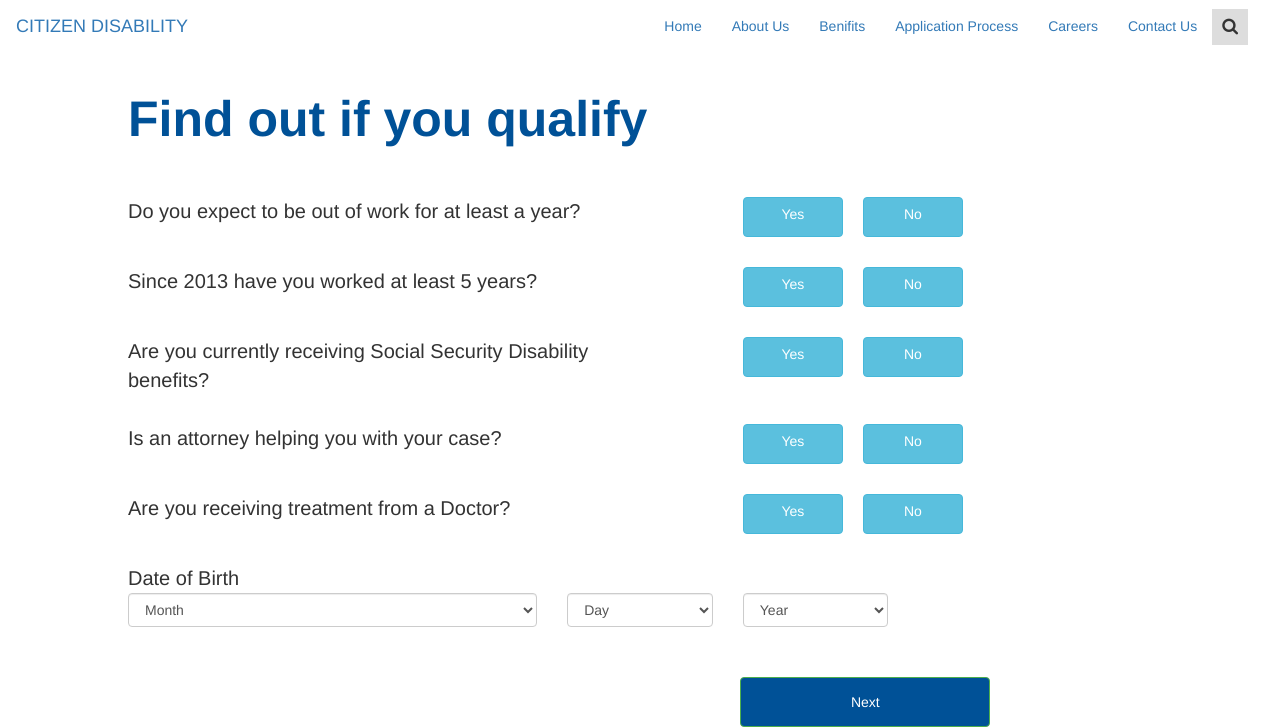
Repository: welcome0605/Embed-html-integrate-with-API
Page: Home.html
An editor plug-in stored every save of this project. The page is shown before and after the next save, followed by the edit.
The browser window is 1280 px wide. The pictures show the whole page.

Above is the page before, as saved 2019-04-29 15:29:23.

### Home.html
<!DOCTYPE html>
<html lang="en">
<head>
  <title>CITIZEN DISABILITY</title>
  <meta charset="utf-8">
  <meta name="viewport" content="width=device-width, initial-scale=1">
  <link rel="stylesheet" href="https://maxcdn.bootstrapcdn.com/bootstrap/3.4.0/css/bootstrap.min.css">
  <script src="https://ajax.googleapis.com/ajax/libs/jquery/3.3.1/jquery.min.js"></script>
  <script src="https://maxcdn.bootstrapcdn.com/bootstrap/3.4.0/js/bootstrap.min.js"></script>
  <link rel = "stylesheet" type = "text/css" href = "./css/base.css" />
  <link rel="stylesheet" href="https://cdnjs.cloudflare.com/ajax/libs/font-awesome/4.7.0/css/font-awesome.min.css">
  <script src="https://ajax.googleapis.com/ajax/libs/jquery/3.3.1/jquery.min.js"></script>
  <script>
    function submit_to() {
      count = 0;
      // console.log($('input[name=valid1]:checked').length);
      if ($('input[name=valid1]:checked').length == 1) {
        $('.alert_req1').css("display","none");
        count++;
      }
      else {
        $('.alert_req1').css("display","block");
      }
      if ($('input[name=valid2]:checked').length == 1) {
        count++;
        $('.alert_req2').css("display","none");
      }
      else {
        $('.alert_req2').css("display","block");
      }
      if ($('input[name=valid3]:checked').length == 1) {
        count++;
        $('.alert_req3').css("display","none");
      }
      else {
        $('.alert_req3').css("display","block");
      }
      if ($('input[name=valid4]:checked').length == 1) {
        count++;
        $('.alert_req4').css("display","none");
      }
      else {
        $('.alert_req4').css("display","block");
      }
      if ($('input[name=valid5]:checked').length == 1) {
        count++;
        $('.alert_req5').css("display","none");
      }
      else {
        $('.alert_req5').css("display","block");
      }
      // console.log($('#month').val());
      if($('#month').val() == "month" || $('#day').val() == "day" || $('#year').val() == "year") $('.alert_req6').css("display","block");
      else  {
        $('.alert_req6').css("display","none");
        count++;
      }

      if(count == 6)
      {
        alert("ok");
        location.replace("Home1.html");
      }
    }

    $(document).ready(function() {
      for(i = 1;i <= 31;i ++) {
        str = "";
        str += "<option value=";
        str += i;
        str += ">";
        str += i;
        str += "</option>";
        // console.log(str);
        $('#day').append(str);
      }

      for(i = 1919;i <= 2025; i ++) {
        str = "";
        str += "<option value=";
        str += i;
        str += ">";
        str += i;
        str += "</option>";
        $('#year').append(str);
      }

      $(".btn_sub").click(function(){

        // if(document.getElementById("a1").checked) {
        //   console.log("a1");
        // }
        // else if(document.getElementById("a2").checked) {
        //   console.log("a2");
        // }
      });
    });


  </script>
</head>
<body>

<nav class="navbar navbar-info">
  <div class="container-fluid">
    <div class="navbar-header">
      <a class="navbar-brand" href="Home.html">CITIZEN DISABILITY</a>
    </div>
    <ul class="nav navbar-nav div_right">
      <li class="active"><a href="Home.html">Home</a></li>
      <li><a href="About Us.html">About Us</a></li>
      <li><a href="Benifits.html">Benifits</a></li>
      <li><a href="Application Process.html">Application Process</a></li>
      <li><a href="Careers.html">Careers</a></li>
      <li><a href="Contact Us.html">Contact Us</a></li>
      <!-- <input type="text" placeholder="Search.." name="search"> -->
      <button type="button"><i class="fa fa-search"></i></button>
    </ul>
  </div>
</nav>

<div class="container">
  <!-- <h3>Basic Navbar Example1</h3>
  <p>A navigation bar is a navigation header that is placed at the top of the page.</p> -->
  <form method="POST">
    <!-- <div class="div_entire"> -->
      <div class="row"><h2 class="title">Find out if you qualify</h2></div>
      <div class="row radio_buttons" >
        <div class="row">
          <div class="col-md-6 div_label">Do you expect to be out of work for at least a year?</div>
          <div class="col-md-1"></div>
          <div class="col-md-5 btn-group-toggle" data-toggle="buttons">
            <label class="btn btn-info radio_q"><input type="radio"  value="Yes" name="valid1" class="form_input valid1" id="a1">Yes</label>
            <label class="btn btn-info radio_q"><input type="radio"  value="No" name="valid1"  class="form_input valid1" id="a2">No</label>
          </div>
        </div>
        <div class="row alert_req1">
          <div class="col-md-7"></div>
          <div class="alert alert-warning col-md-5 alert1 ">
            This field is required.
          </div>
        </div>
      </div>

      <div class="row radio_buttons" >
        <div class="row">
          <div class="col-md-6 div_label">Since 2013 have you worked at least 5 years?</div>
          <div class="col-md-1"></div>
          <div class="col-md-5 btn-group-toggle" data-toggle="buttons">
            <label class="btn btn-info radio_q"><input type="radio"  value="Yes" name="valid2"  class="form_input valid" >Yes</label>
            <label class="btn btn-info radio_q"><input type="radio"  value="No" name="valid2"  class="form_input valid" >No</label>
          </div>
        </div>
        <div class="row alert_req2">
          <div class="col-md-7"></div>
          <div class="alert alert-warning col-md-5 alert2">
            This field is required.
          </div>
        </div>
      </div>

      <div class="row radio_buttons" >
        <div class="row">
          <div class="col-md-6 div_label">Are you currently receiving Social Security Disability benefits?</div>
          <div class="col-md-1"></div>
          <div class="col-md-5 btn-group-toggle" data-toggle="buttons">
            <label class="btn btn-info radio_q"><input type="radio"  value="Yes" name="valid3"  class="form_input valid" >Yes</label>
            <label class="btn btn-info radio_q"><input type="radio"  value="No" name="valid3"  class="form_input valid" >No</label>
          </div>
        </div>
        <div class="row alert_req3">
          <div class="col-md-7"></div>
          <div class="alert alert-warning col-md-5 alert3">
            This field is required.
          </div>
        </div>
      </div>
      <div class="row radio_buttons" >
        <div class="row">
          <div class="col-md-6 div_label">Is an attorney helping you with your case?</div>
          <div class="col-md-1"></div>
          <div class="col-md-5 btn-group-toggle" data-toggle="buttons">
            <label class="btn btn-info radio_q"><input type="radio"  value="Yes" name="valid4"  class="form_input valid" >Yes</label>
            <label class="btn btn-info radio_q"><input type="radio"  value="No" name="valid4"  class="form_input valid" >No</label>
          </div>
        </div>
        <div class="row alert_req4">
          <div class="col-md-7"></div>
          <div class="alert alert-warning col-md-5 alert4">
            This field is required.
          </div>
        </div>
      </div>
      <div class="row radio_buttons" >
        <div class="row">
          <div class="col-md-6 div_label">Are you receiving treatment from a Doctor?</div>
          <div class="col-md-1"></div>
          <div class="col-md-5 btn-group-toggle" data-toggle="buttons">
            <label class="btn btn-info radio_q"><input type="radio"  value="Yes" name="valid5"  class="form_input valid" >Yes</label>
            <label class="btn btn-info radio_q"><input type="radio"  value="No" name="valid5"  class="form_input valid" >No</label>
          </div>
        </div>
        <div class="row alert_req5">
          <div class="col-md-7"></div>
          <div class="alert alert-warning col-md-5 alert5">
            This field is required.
          </div>
        </div>
      </div>
      <div class="row">
        <div class="row">
          <div class="col-md-6 div_label">Date of Birth</div>
          <div class="col-md-6"></div>
        </div>
        <div class="row">
          <div class="col-md-5">
            <select class="form-control" id="month">
              <option value="month">Month</option>
              <option value="Jan">Jan</option>
              <option value="Feb">Feb</option>
              <option value="Mar">Mar</option>
              <option value="Apr">Apr</option>
              <option value="May">May</option>
              <option value="Jun">Jun</option>
              <option value="Jly">Jly</option>
              <option value="Aug">Aug</option>
              <option value="Sep">Sep</option>
              <option value="Oct">Oct</option>
              <option value="Nov">Nov</option>
              <option value="Dec">Dec</option>
            </select>
          </div>
          <div class="col-md-2">
            <select class="form-control" id="day">
              <option value="day">Day</option>
            </select>
          </div>
          <div class="col-md-2">
            <select class="form-control" id="year">
              <option value="year">Year</option>
            </select>
          </div>
        </div>
        <div class="row alert_req6">
          <div class="col-md-7"></div>
          <div class="alert alert-warning col-md-5 alert5">
            This field is required.
          </div>
        </div>
      </div>
      <div class="row">
        <div class="col-md-7"></div>
        <!-- <div class="col-md-4 btn_submit"><input type="submit" class="btn_sub btn btn-success" value="Next"></div> -->
        <div class="col-md-4 btn_submit"><input type="button" class="btn_sub btn btn-success" value="Next" onclick="submit_to()"></div>
      </div>
      <!-- <input type="submit" value="Submit"> -->
    <!-- </div> -->
  </form>
</div>

</body>
</html>

### css/base.css
/* body {
    font-family: 'Open Sans', sans-serif !important;
} */

navbar-default .navbar-nav>.active>a, .navbar-default .navbar-nav>.active>a:focus, .navbar-default .navbar-nav>.active>a:hover {
    background-color: #005197 !important;
    color: white;
}

.navbar-default .navbar-nav>li>a {
    color: black;
    font-size: 20px;
}

.div_right input[type=text] {
    padding: 6px;
    margin-top: 8px;
    font-size: 17px;
    border: none;
}

.div_right button {
    float: right;
    padding: 6px 10px;
    margin-top: 8px;
    margin-right: 16px;
    background: #ddd;
    font-size: 17px;
    border: none;
    cursor: pointer;
}

.div_right {
    float: right;
}

.radio_buttons {
    /* display: inline-flex; */
    margin-bottom:30px;
}

.div_label {
    font-size: 20px;
    /* margin-right: 500px; */
}

.btn-group-toggle {
    display: inline-flex;
}

.radio_q {
    width: 500px;
    margin-right: 20px;
    width: 100px;
    height: 40px;
}

/* .radio_q {
    background: #D2D3D5 !important;
}

.radio_q:active {
    background: #85898C !important;
}

.radio_q::after {
    background: #85898C !important;
} */

.title {
    color: #005197;
    font-weight: 700;
    margin-bottom: 50px;
    font-size: 50px;
}

.container {
    margin: auto 10% auto 10% !important;
    width: 80%;
}

.alert {
    padding: 0 0 0 50px;
    margin-bottom: 0;
}

.btn_sub {
    margin-top: 50px;
    background-color:  #005197 !important;
    width: 250px;
    height: 50px;
}

.alert_req1, .alert_req2, .alert_req3, .alert_req4, .alert_req5, .alert_req6 {
    display: none;
}

After the next save:
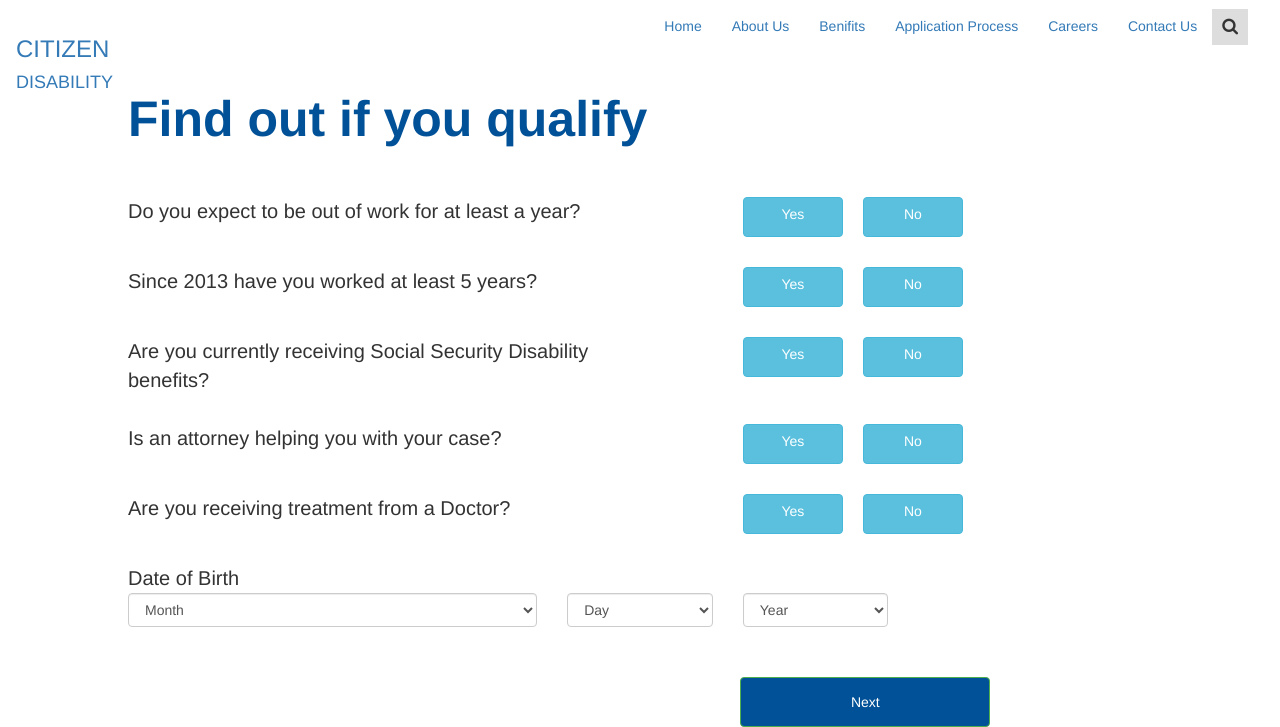
Saved 2 min 14 s later.
--- a/Home.html
+++ b/Home.html
@@ -104,7 +104,7 @@
 <nav class="navbar navbar-info">
   <div class="container-fluid">
     <div class="navbar-header">
-      <a class="navbar-brand" href="Home.html">CITIZEN DISABILITY</a>
+      <a class="navbar-brand" href="Home.html"><h3 class="citizen">CITIZEN</h3> DISABILITY</a>
     </div>
     <ul class="nav navbar-nav div_right">
       <li class="active"><a href="Home.html">Home</a></li>
